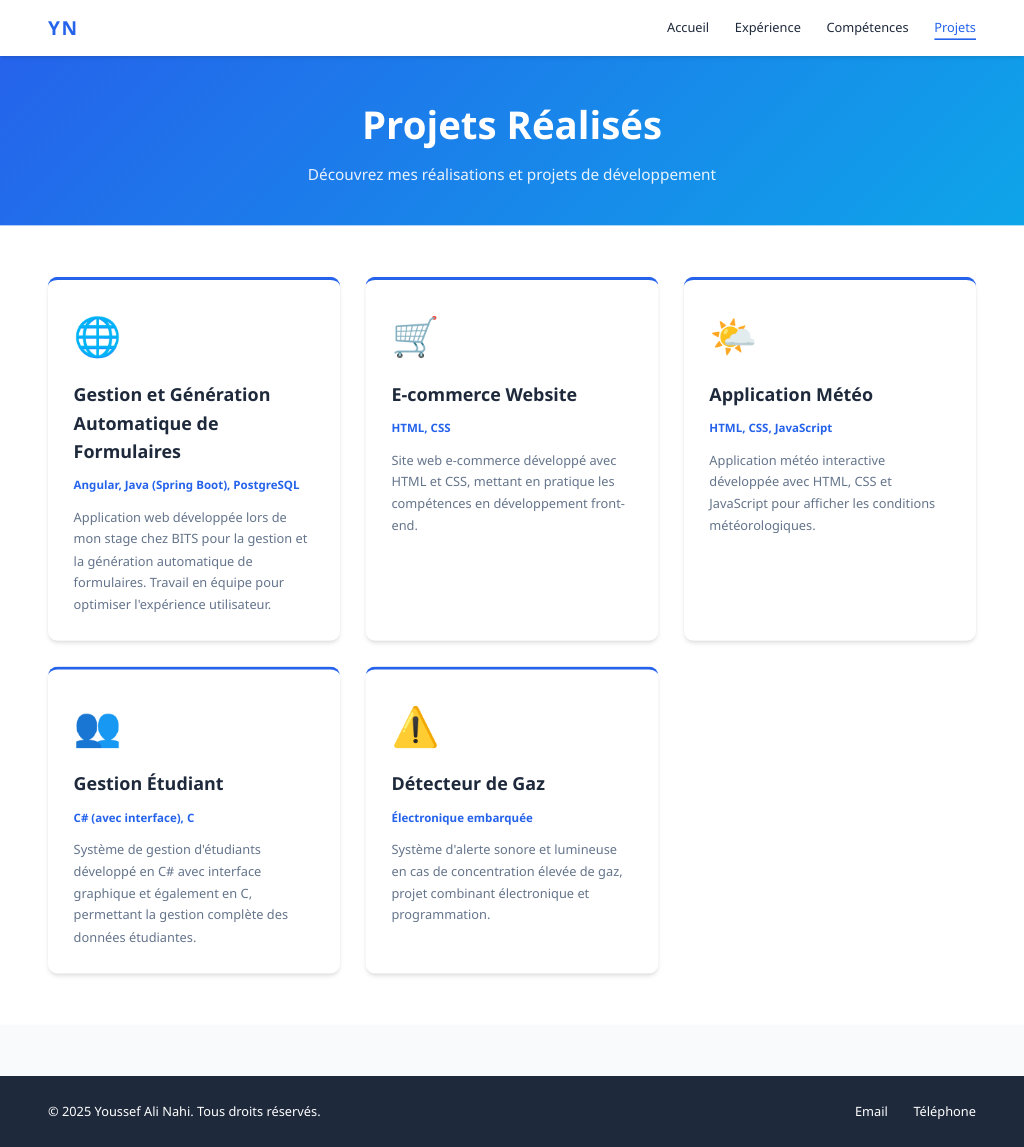
Repository: Youssef-Nahi504/My_Portfolio
Page: projets.html
The author's editor kept a copy of each file at every save. The page is drawn from the files as they stood at one save, then again after a run of saves.
The browser window is 1280 px wide. The pictures show the whole page, at 80% of full size.

Above is the page before, as saved 2025-12-19 16:07:55.

After the next 5 saves:
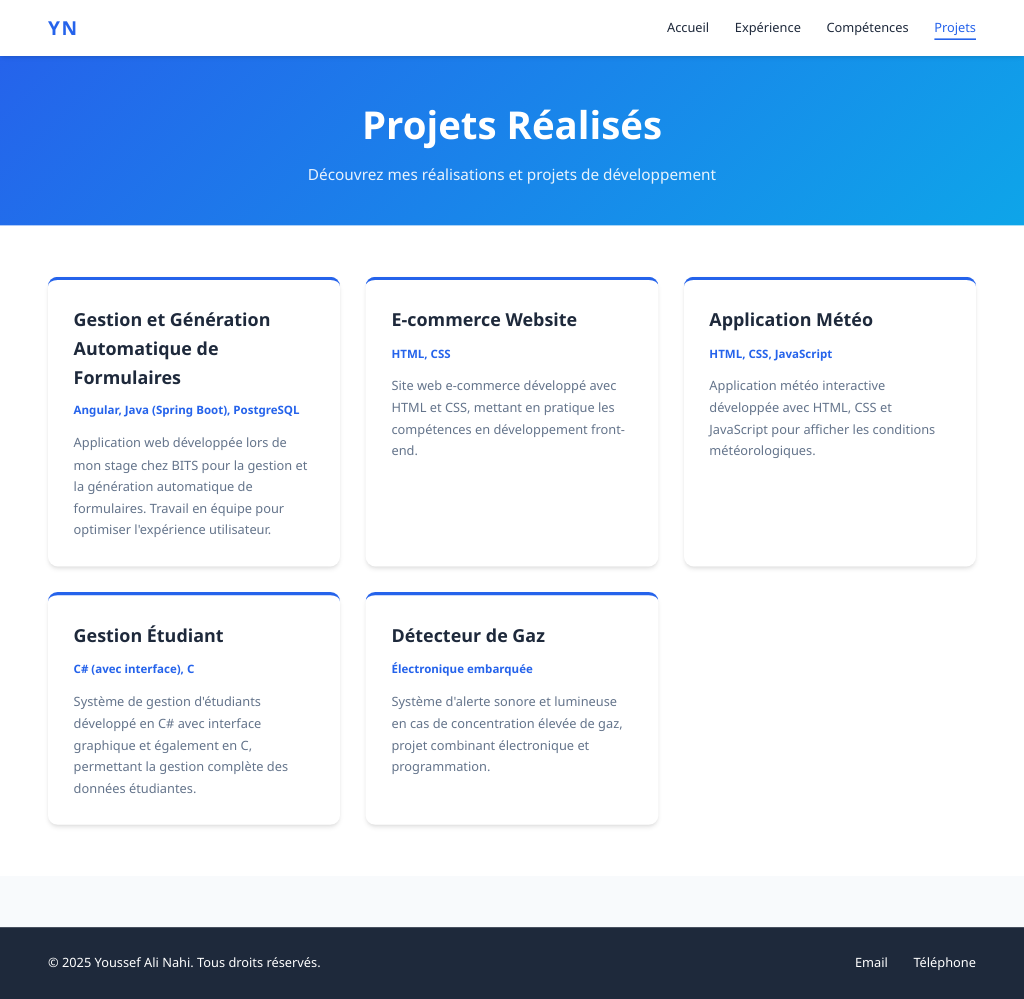
The 5 saves are shown as one change because they came seconds apart.
The last was saved 47 s later.
--- a/projets.html
+++ b/projets.html
@@ -36,7 +36,6 @@
             <div class="container">
                 <div class="projects-grid">
                     <div class="project-card">
-                        <div class="project-icon">🌐</div>
                         <h3>Gestion et Génération Automatique de Formulaires</h3>
                         <p class="project-tech">Angular, Java (Spring Boot), PostgreSQL</p>
                         <p class="project-description">
@@ -45,7 +44,6 @@
                     </div>
 
                     <div class="project-card">
-                        <div class="project-icon">🛒</div>
                         <h3>E-commerce Website</h3>
                         <p class="project-tech">HTML, CSS</p>
                         <p class="project-description">
@@ -54,7 +52,6 @@
                     </div>
 
                     <div class="project-card">
-                        <div class="project-icon">🌤️</div>
                         <h3>Application Météo</h3>
                         <p class="project-tech">HTML, CSS, JavaScript</p>
                         <p class="project-description">
@@ -63,7 +60,6 @@
                     </div>
 
                     <div class="project-card">
-                        <div class="project-icon">👥</div>
                         <h3>Gestion Étudiant</h3>
                         <p class="project-tech">C# (avec interface), C</p>
                         <p class="project-description">
@@ -72,7 +68,6 @@
                     </div>
 
                     <div class="project-card">
-                        <div class="project-icon">⚠️</div>
                         <h3>Détecteur de Gaz</h3>
                         <p class="project-tech">Électronique embarquée</p>
                         <p class="project-description">
